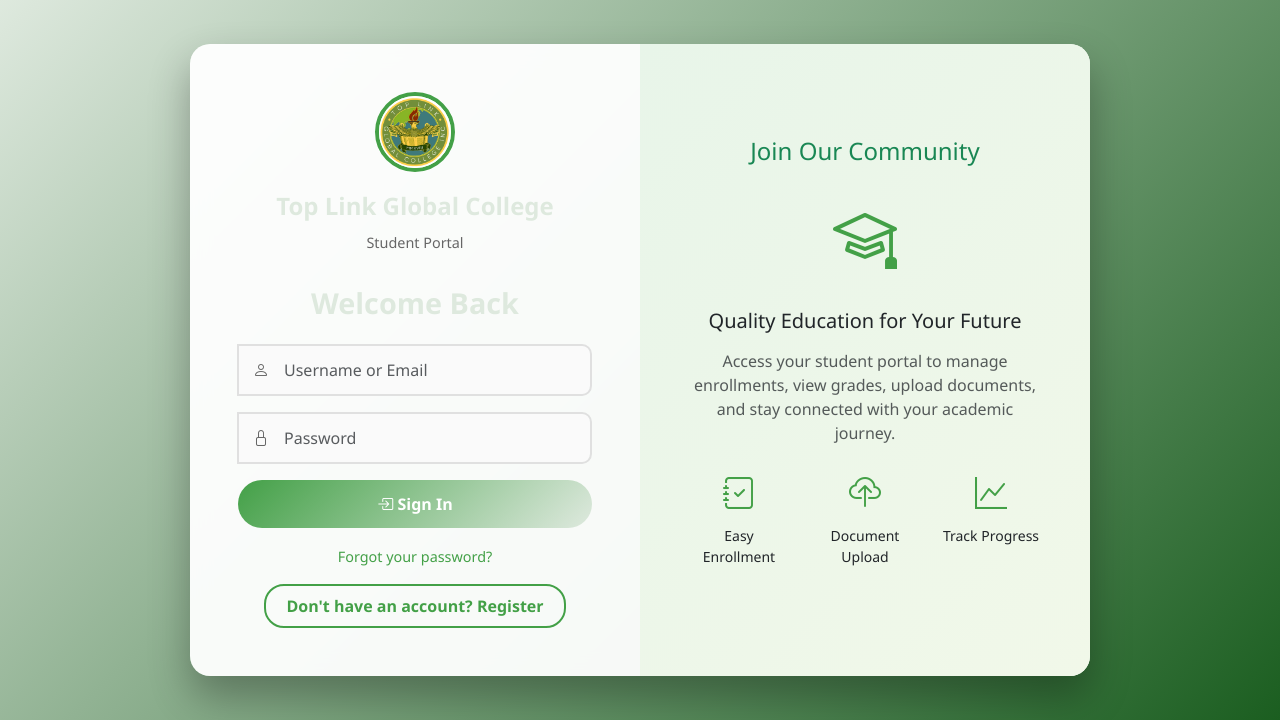
Repository: partymaker01/IT2C_Enrollment_System_SourceCode
Page: http://localhost/IT2C_Enrollment_System_SourceCode/logregfor/login.php
The author's editor kept a copy of each file at every save. The page is drawn from the files as they stood at one save, then again after the next save.
The browser window is 1280 px wide. The pictures show the whole page.
The page is run by PHP 8.4 with error messages shown; the project is at /var/www/html/.

Above is the page before, as saved 2025-06-08 22:55:48.

### logregfor/login.php
<?php
session_start();

// Redirect if already logged in
if (isset($_SESSION['student_id'])) {
    header("Location: ../student/student-dashboard.php");
    exit;
}

require_once '../db.php';

$message = '';
$messageType = '';

// Handle Registration
if ($_SERVER['REQUEST_METHOD'] === 'POST' && ($_POST['form_action'] ?? '') === 'register') {
    $username = trim($_POST['username'] ?? '');
    $firstName = trim($_POST['first_name'] ?? '');
    $middleName = trim($_POST['middle_name'] ?? '');
    $lastName = trim($_POST['last_name'] ?? '');
    $email = trim($_POST['email'] ?? '');
    $password = $_POST['password'] ?? '';
    $confirmPassword = $_POST['confirm_password'] ?? '';

    $errors = [];

    // Validation
    if (empty($username)) $errors[] = "Username is required.";
    if (empty($firstName)) $errors[] = "First name is required.";
    if (empty($lastName)) $errors[] = "Last name is required.";
    if (empty($email) || !filter_var($email, FILTER_VALIDATE_EMAIL)) $errors[] = "Valid email is required.";
    if (empty($password)) $errors[] = "Password is required.";
    if (strlen($password) < 6) $errors[] = "Password must be at least 6 characters long.";
    if ($password !== $confirmPassword) $errors[] = "Passwords do not match.";

    // Check if username or email already exists
    if (empty($errors)) {
        $stmt = $pdo->prepare("SELECT student_id FROM students WHERE username = ? OR email = ?");
        $stmt->execute([$username, $email]);
        if ($stmt->fetch()) {
            $errors[] = "Username or email already exists.";
        }
    }

    if (empty($errors)) {
        try {
            $hashedPassword = password_hash($password, PASSWORD_DEFAULT);
            $stmt = $pdo->prepare("INSERT INTO students (username, first_name, middle_name, last_name, email, password) VALUES (?, ?, ?, ?, ?, ?)");
            $stmt->execute([$username, $firstName, $middleName, $lastName, $email, $hashedPassword]);

            $message = "Registration successful! You can now log in.";
            $messageType = "success";
        } catch (PDOException $e) {
            $errors[] = "Registration failed. Please try again.";
        }
    }

    if (!empty($errors)) {
        $message = implode('<br>', $errors);
        $messageType = "danger";
    }
}

// Handle Login
if ($_SERVER['REQUEST_METHOD'] === 'POST' && ($_POST['form_action'] ?? '') === 'login') {
    $username = trim($_POST['username'] ?? '');
    $password = $_POST['password'] ?? '';

    if (empty($username) || empty($password)) {
        $message = "Please enter both username and password.";
        $messageType = "warning";
    } else {
        try {
            $stmt = $pdo->prepare("SELECT student_id, password, first_name FROM students WHERE username = ? OR email = ?");
            $stmt->execute([$username, $username]);
            $user = $stmt->fetch();

            if ($user && password_verify($password, $user['password'])) {
                $_SESSION['student_id'] = $user['student_id'];
                $_SESSION['student_name'] = $user['first_name'];
                $_SESSION['login_time'] = time();

                header("Location: ../student/student-dashboard.php");
                exit;
            } else {
                $message = "Invalid username/email or password.";
                $messageType = "danger";
            }
        } catch (PDOException $e) {
            $message = "Login failed. Please try again.";
            $messageType = "danger";
        }
    }
}
?>

<!DOCTYPE html>
<html lang="en">
<head>
    <meta charset="UTF-8">
    <meta name="viewport" content="width=device-width, initial-scale=1">
    <title>Student Portal - Top Link Global College</title>
    <link href="https://cdn.jsdelivr.net/npm/bootstrap@5.3.2/dist/css/bootstrap.min.css" rel="stylesheet">
    <link href="https://cdn.jsdelivr.net/npm/bootstrap-icons@1.11.0/font/bootstrap-icons.css" rel="stylesheet">
    <link rel="icon" href="../picture/tlgc_pic.jpg" type="image/x-icon">
    <style>
        :root {
            --primary-green:rgb(222, 233, 222);
            --light-green: #e8f5e9;
            --accent-green: #43a047;
            --hover-green: #c8e6c9;
            --dark-green: #1b5e20;
        }

        body {
            background: linear-gradient(135deg, var(--primary-green) 0%, var(--dark-green) 100%);
            min-height: 100vh;
            font-family: 'Segoe UI', Tahoma, Geneva, Verdana, sans-serif;
            display: flex;
            align-items: center;
            justify-content: center;
        }

        .login-container {
            background: rgba(255, 255, 255, 0.95);
            backdrop-filter: blur(10px);
            border-radius: 20px;
            box-shadow: 0 20px 40px rgba(0, 0, 0, 0.3);
            overflow: hidden;
            width: 100%;
            max-width: 900px;
            min-height: 600px;
            display: flex;
        }

        .login-form-section {
            flex: 1;
            padding: 3rem;
            display: flex;
            flex-direction: column;
            justify-content: center;
        }

        .register-form-section {
            flex: 1;
            padding: 3rem;
            display: flex;
            flex-direction: column;
            justify-content: center;
            background: linear-gradient(135deg, var(--light-green) 0%, #f1f8e9 100%);
        }

        .school-header {
            text-align: center;
            margin-bottom: 2rem;
        }

        .school-logo {
            width: 80px;
            height: 80px;
            object-fit: cover;
            border-radius: 50%;
            border: 4px solid var(--accent-green);
            margin-bottom: 1rem;
        }

        .school-name {
            color: var(--primary-green);
            font-weight: 700;
            font-size: 1.5rem;
            margin-bottom: 0.5rem;
        }

        .school-subtitle {
            color: #666;
            font-size: 0.9rem;
        }

        .form-title {
            color: var(--primary-green);
            font-weight: 700;
            font-size: 1.8rem;
            margin-bottom: 1.5rem;
            text-align: center;
        }

        .form-control {
            border: 2px solid #e0e0e0;
            border-radius: 10px;
            padding: 12px 15px;
            transition: all 0.3s ease;
            background-color: #fafafa;
        }

        .form-control:focus {
            border-color: var(--accent-green);
            box-shadow: 0 0 0 0.25rem rgba(67, 160, 71, 0.25);
            background-color: #fff;
        }

        .btn-login {
            background: linear-gradient(135deg, var(--accent-green) 0%, var(--primary-green) 100%);
            border: none;
            color: white;
            font-weight: 600;
            padding: 12px 30px;
            border-radius: 25px;
            transition: all 0.3s ease;
            width: 100%;
        }

        .btn-login:hover {
            transform: translateY(-2px);
            box-shadow: 0 8px 20px rgba(67, 160, 71, 0.4);
            color: white;
        }

        .btn-toggle {
            background: transparent;
            border: 2px solid var(--accent-green);
            color: var(--accent-green);
            font-weight: 600;
            padding: 8px 20px;
            border-radius: 20px;
            transition: all 0.3s ease;
            margin-top: 1rem;
        }

        .btn-toggle:hover {
            background: var(--accent-green);
            color: white;
        }

        .form-section {
            display: none;
        }

        .form-section.active {
            display: block;
        }

        .input-group {
            position: relative;
            margin-bottom: 1rem;
        }

        .input-group i {
            position: absolute;
            left: 15px;
            top: 50%;
            transform: translateY(-50%);
            color: #666;
            z-index: 10;
        }

        .input-group .form-control {
            padding-left: 45px;
        }

        .forgot-password {
            text-align: center;
            margin-top: 1rem;
        }

        .forgot-password a {
            color: var(--accent-green);
            text-decoration: none;
            font-size: 0.9rem;
        }

        .forgot-password a:hover {
            text-decoration: underline;
        }

        @media (max-width: 768px) {
            .login-container {
                flex-direction: column;
                margin: 1rem;
                min-height: auto;
            }

            .login-form-section,
            .register-form-section {
                padding: 2rem;
            }
        }
    </style>
</head>
<body>
    <div class="login-container">
        <!-- Login Section -->
        <div class="login-form-section">
            <div class="school-header">
                <img src="../picture/tlgc_pic.jpg" alt="School Logo" class="school-logo">
                <div class="school-name">Top Link Global College</div>
                <div class="school-subtitle">Student Portal</div>
            </div>

            <?php if ($message): ?>
                <div class="alert alert-<?= $messageType ?> alert-dismissible fade show" role="alert">
                    <?= $message ?>
                    <button type="button" class="btn-close" data-bs-dismiss="alert"></button>
                </div>
            <?php endif; ?>

            <!-- Login Form -->
            <div class="form-section active" id="loginForm">
                <h3 class="form-title">Welcome Back</h3>
                <form method="POST" action="">
                    <input type="hidden" name="form_action" value="login">

                    <div class="input-group">
                        <i class="bi bi-person"></i>
                        <input type="text" class="form-control" name="username" placeholder="Username or Email" required>
                    </div>

                    <div class="input-group">
                        <i class="bi bi-lock"></i>
                        <input type="password" class="form-control" name="password" placeholder="Password" required>
                    </div>

                    <button type="submit" class="btn-login">
                        <i class="bi bi-box-arrow-in-right"></i> Sign In
                    </button>
                </form>

                <div class="forgot-password">
                    <a href="forgot-password.php">Forgot your password?</a>
                </div>

                <div class="text-center">
                    <button type="button" class="btn-toggle" onclick="toggleForm()">
                        Don't have an account? Register
                    </button>
                </div>
            </div>

            <!-- Register Form -->
            <div class="form-section" id="registerForm">
                <h3 class="form-title">Create Account</h3>
                <form method="POST" action="">
                    <input type="hidden" name="form_action" value="register">

                    <div class="row">
                        <div class="col-md-6">
                            <div class="input-group">
                                <i class="bi bi-person"></i>
                                <input type="text" class="form-control" name="username" placeholder="Username" required>
                            </div>
                        </div>
                        <div class="col-md-6">
                            <div class="input-group">
                                <i class="bi bi-envelope"></i>
                                <input type="email" class="form-control" name="email" placeholder="Email" required>
                            </div>
                        </div>
                    </div>

                    <div class="row">
                        <div class="col-md-4">
                            <div class="input-group">
                                <i class="bi bi-person-badge"></i>
                                <input type="text" class="form-control" name="first_name" placeholder="First Name" required>
                            </div>
                        </div>
                        <div class="col-md-4">
                            <div class="input-group">
                                <i class="bi bi-person-badge"></i>
                                <input type="text" class="form-control" name="middle_name" placeholder="Middle Name">
                            </div>
                        </div>
                        <div class="col-md-4">
                            <div class="input-group">
                                <i class="bi bi-person-badge"></i>
                                <input type="text" class="form-control" name="last_name" placeholder="Last Name" required>
                            </div>
                        </div>
                    </div>

                    <div class="row">
                        <div class="col-md-6">
                            <div class="input-group">
                                <i class="bi bi-lock"></i>
                                <input type="password" class="form-control" name="password" placeholder="Password" required>
                            </div>
                        </div>
                        <div class="col-md-6">
                            <div class="input-group">
                                <i class="bi bi-lock-fill"></i>
                                <input type="password" class="form-control" name="confirm_password" placeholder="Confirm Password" required>
                            </div>
                        </div>
                    </div>

                    <button type="submit" class="btn-login">
                        <i class="bi bi-person-plus"></i> Create Account
                    </button>
                </form>

                <div class="text-center">
                    <button type="button" class="btn-toggle" onclick="toggleForm()">
                        Already have an account? Sign In
                    </button>
                </div>
            </div>
        </div>

        <!-- Info Section -->
        <div class="register-form-section">
            <div class="text-center">
                <h4 class="text-success mb-4">Join Our Community</h4>
                <div class="mb-4">
                    <i class="bi bi-mortarboard" style="font-size: 4rem; color: var(--accent-green);"></i>
                </div>
                <h5 class="mb-3">Quality Education for Your Future</h5>
                <p class="text-muted mb-4">
                    Access your student portal to manage enrollments, view grades,
                    upload documents, and stay connected with your academic journey.
                </p>
                <div class="row text-center">
                    <div class="col-4">
                        <i class="bi bi-journal-check" style="font-size: 2rem; color: var(--accent-green);"></i>
                        <p class="small mt-2">Easy Enrollment</p>
                    </div>
                    <div class="col-4">
                        <i class="bi bi-cloud-upload" style="font-size: 2rem; color: var(--accent-green);"></i>
                        <p class="small mt-2">Document Upload</p>
                    </div>
                    <div class="col-4">
                        <i class="bi bi-graph-up" style="font-size: 2rem; color: var(--accent-green);"></i>
                        <p class="small mt-2">Track Progress</p>
                    </div>
                </div>
            </div>
        </div>
    </div>

    <script src="https://cdn.jsdelivr.net/npm/bootstrap@5.3.2/dist/js/bootstrap.bundle.min.js"></script>
    <script>
        function toggleForm() {
            const loginForm = document.getElementById('loginForm');
            const registerForm = document.getElementById('registerForm');

            if (loginForm.classList.contains('active')) {
                loginForm.classList.remove('active');
                registerForm.classList.add('active');
            } else {
                registerForm.classList.remove('active');
                loginForm.classList.add('active');
            }
        }

        // Form validation
        document.querySelectorAll('form').forEach(form => {
            form.addEventListener('submit', function(e) {
                const passwords = this.querySelectorAll('input[type="password"]');
                if (passwords.length === 2) {
                    if (passwords[0].value !== passwords[1].value) {
                        e.preventDefault();
                        alert('Passwords do not match!');
                        return false;
                    }
                    if (passwords[0].value.length < 6) {
                        e.preventDefault();
                        alert('Password must be at least 6 characters long!');
                        return false;
                    }
                }
            });
        });
    </script>
</body>
</html>

### db.php
<?php
$servername = "localhost";
$username = "root";
$password = "";
$database = "enrollment_system";

// Create connection
$conn = new mysqli($servername, $username, $password, $database);

// Check connection
if ($conn->connect_error) {
    die("Connection failed: " . $conn->connect_error);
}
?>

After the next save:
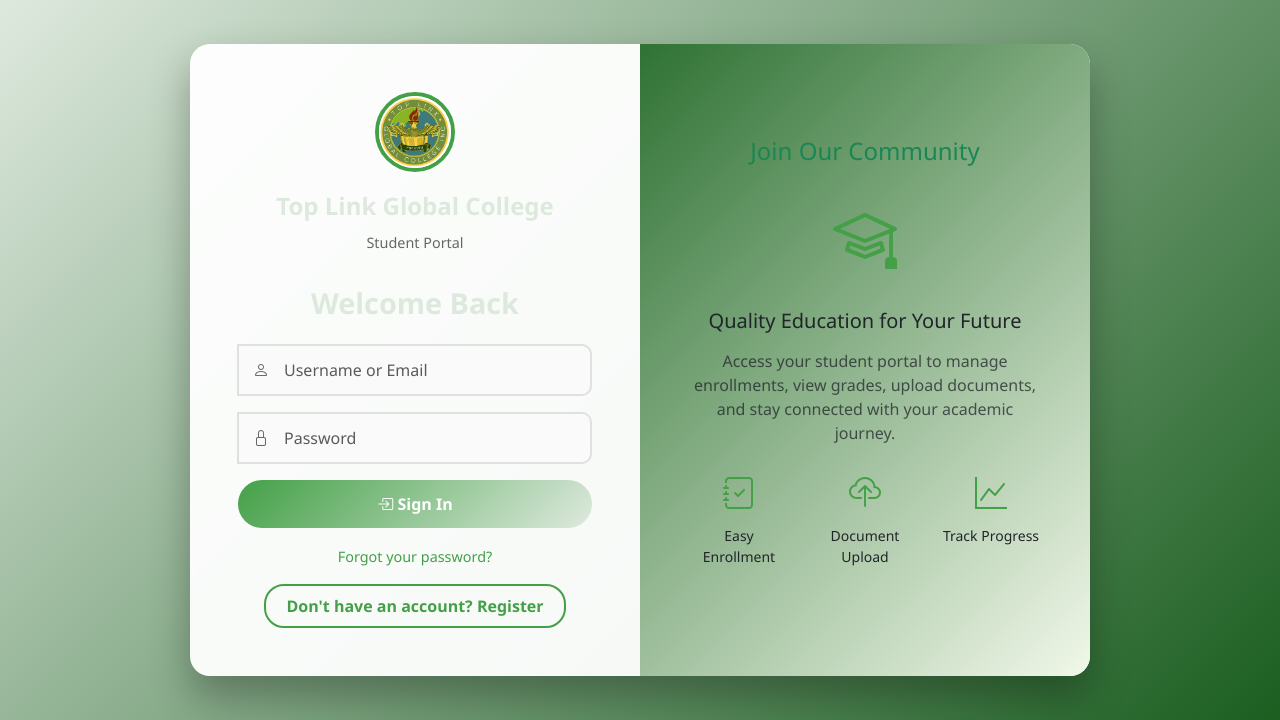
Saved 18 s later.
--- a/logregfor/login.php
+++ b/logregfor/login.php
@@ -106,7 +106,7 @@
     <style>
         :root {
             --primary-green:rgb(222, 233, 222);
-            --light-green: #e8f5e9;
+            --light-green:rgb(47, 114, 52);
             --accent-green: #43a047;
             --hover-green: #c8e6c9;
             --dark-green: #1b5e20;
